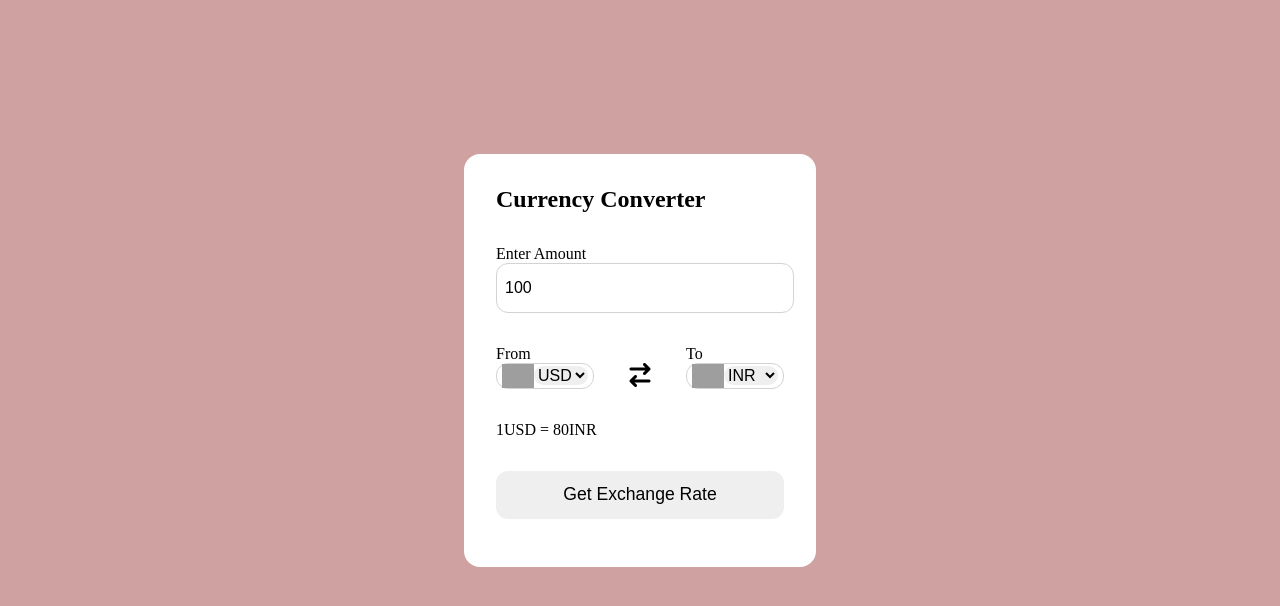
Repository: Chiranshukapil/Currency-Converter
Page: index.html
An editor plug-in stored every save of this project. The page is shown before and after a run of saves, followed by the edit.
The browser window is 1280 px wide. The pictures show the whole page.
Pictures or frames that could not be fetched are drawn as grey boxes.

Above is the page before, as saved 2024-07-01 04:35:12.

After the next 3 saves:
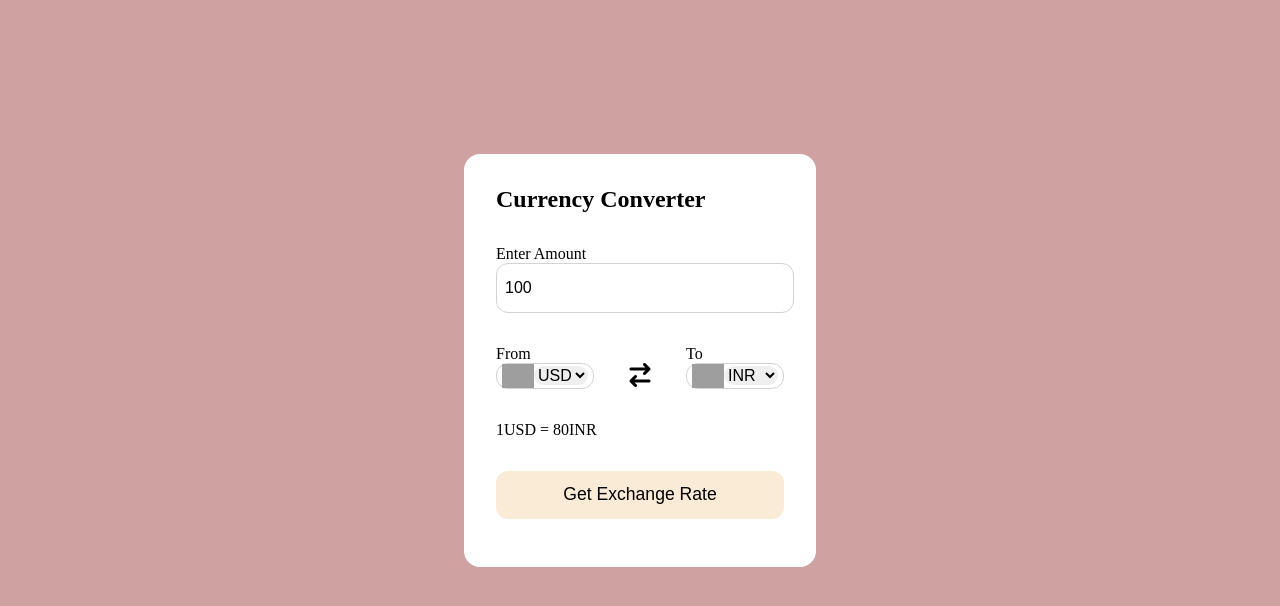
The 3 saves are shown as one change because they came seconds apart.
The last was saved 14 s later.
--- a/style.css
+++ b/style.css
@@ -81,4 +81,5 @@
     height: 3rem;
     cursor: pointer;
     font-size: 1.1rem;
+    background-color: antiquewhite;
 }

After the save that followed:
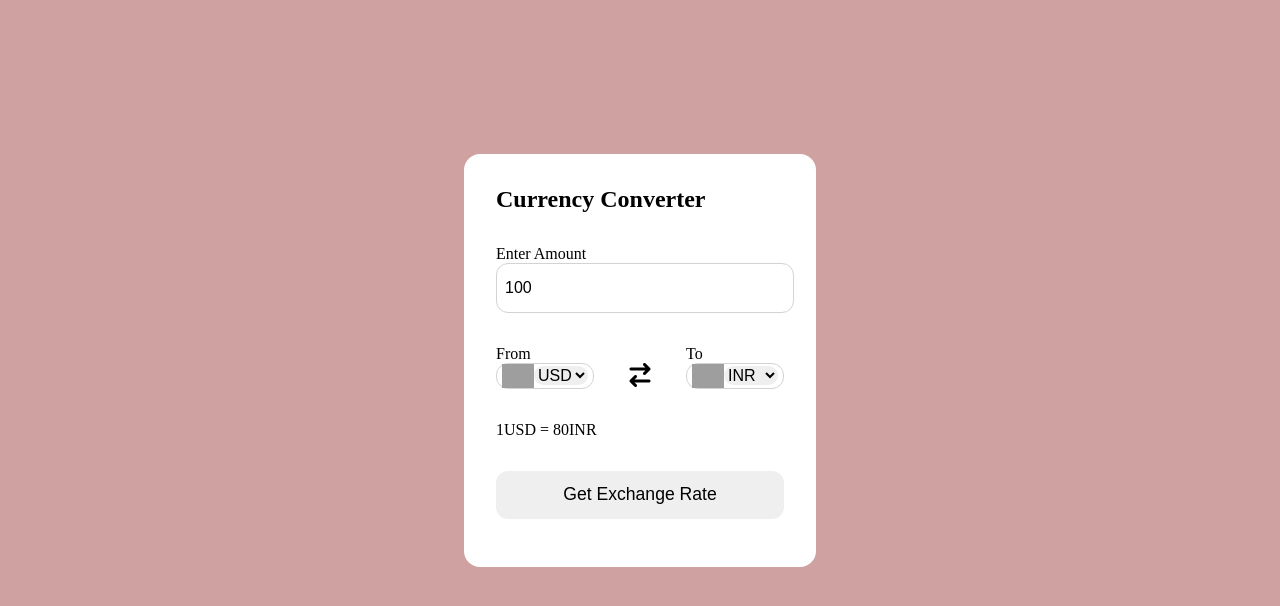
Saved 7 s later.
--- a/style.css
+++ b/style.css
@@ -81,5 +81,5 @@
     height: 3rem;
     cursor: pointer;
     font-size: 1.1rem;
-    background-color: antiquewhite;
+    background-color:;
 }
